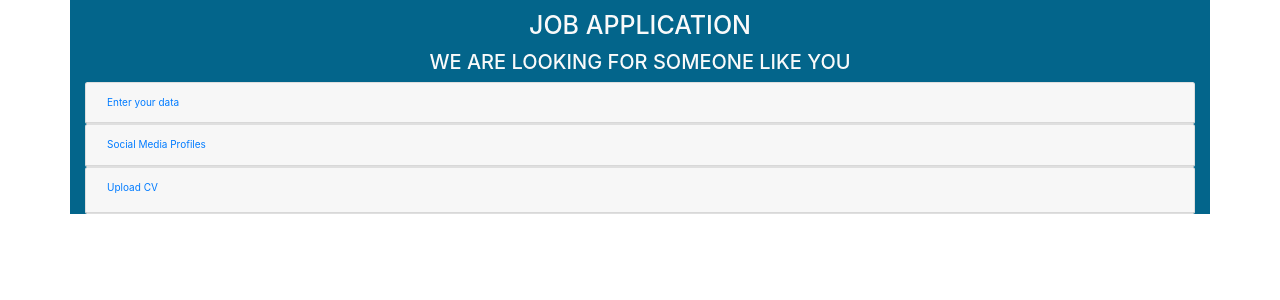
Repository: jenny241093/JS-Core
Page: 03.JSApplications/06.JSForFrontEndEx/skeleton/index.html
The author's editor kept a copy of each file at every save. The page is drawn from the files as they stood at one save, then again after the next save.
The browser window is 1280 px wide. The pictures show the whole page.
Some web libraries are served in a nearby version.

Above is the page before, as saved 2019-04-01 15:16:36.

### 03.JSApplications/06.JSForFrontEndEx/skeleton/index.html
<!DOCTYPE html>
<html lang="en">

<head>
    <title>Bootstrap Example</title>
    <meta charset="utf-8">
    <meta name="viewport" content="width=device-width, initial-scale=1">
    <link rel="stylesheet" href="https://maxcdn.bootstrapcdn.com/bootstrap/3.4.0/css/bootstrap.min.css">
    <script src="https://ajax.googleapis.com/ajax/libs/jquery/3.3.1/jquery.min.js"></script>
    <script src="https://maxcdn.bootstrapcdn.com/bootstrap/3.4.0/js/bootstrap.min.js"></script>
</head>

<body>
    <link href="//maxcdn.bootstrapcdn.com/bootstrap/4.0.0/css/bootstrap.min.css" rel="stylesheet" id="bootstrap-css">
    <script src="//maxcdn.bootstrapcdn.com/bootstrap/4.0.0/js/bootstrap.min.js"></script>
    <script src="//cdnjs.cloudflare.com/ajax/libs/jquery/3.2.1/jquery.min.js"></script>
    <!------ Include the above in your HEAD tag ---------->

    <link rel="stylesheet" href="https://use.fontawesome.com/releases/v5.0.8/css/all.css">


    <div class="container" style="background-color:rgb(3, 101, 139)">
        <h1 class="card-title mt-3 text-center" style="color:rgb(249, 250, 250)">JOB APPLICATION</h1>
        <h2 class="card-title mt-3 text-center" style="color:rgb(249, 250, 250)">WE ARE LOOKING FOR SOMEONE LIKE YOU</h2>

        <div class="accordion" id="accordionExample">
            <div class="card">
                <div class="card-header" id="headingOne">
                    <h5 class="mb-0">
                        <button class="btn btn-link collapsed" type="button" data-toggle="collapse" data-target="#collapseOne" aria-expanded="false" aria-controls="collapseOne">
                   Enter your data
                  </button>
                    </h5>
                </div>

                <div id="collapseOne" class="collapse" aria-labelledby="headingOne" data-parent="#accordionExample">
                    <div class="card-body">
                        Anim pariatur cliche reprehenderit, enim eiusmod high life accusamus terry richardson ad squid. 3 wolf moon officia aute, non cupidatat skateboard dolor brunch. Food truck quinoa nesciunt laborum eiusmod. Brunch 3 wolf moon tempor, sunt aliqua put a bird
                        on it squid single-origin coffee nulla assumenda shoreditch et. Nihil anim keffiyeh helvetica, craft beer labore wes anderson cred nesciunt sapiente ea proident. Ad vegan excepteur butcher vice lomo. Leggings occaecat craft beer
                        farm-to-table, raw denim aesthetic synth nesciunt you probably haven't heard of them accusamus labore sustainable VHS.
                    </div>
                </div>
            </div>
            <div class="card">
                <div class="card-header" id="headingTwo">
                    <h5 class="mb-0">
                        <button class="btn btn-link collapsed" type="button" data-toggle="collapse" data-target="#collapseTwo" aria-expanded="false" aria-controls="collapseTwo">
                    Social Media Profiles
                  </button>
                    </h5>
                </div>
                <div id="collapseTwo" class="collapse" aria-labelledby="headingTwo" data-parent="#accordionExample">
                    <div class="card-body">
                        Anim pariatur cliche reprehenderit, enim eiusmod high life accusamus terry richardson ad squid. 3 wolf moon officia aute, non cupidatat skateboard dolor brunch. Food truck quinoa nesciunt laborum eiusmod. Brunch 3 wolf moon tempor, sunt aliqua put a bird
                        on it squid single-origin coffee nulla assumenda shoreditch et. Nihil anim keffiyeh helvetica, craft beer labore wes anderson cred nesciunt sapiente ea proident. Ad vegan excepteur butcher vice lomo. Leggings occaecat craft beer
                        farm-to-table, raw denim aesthetic synth nesciunt you probably haven't heard of them accusamus labore sustainable VHS.
                    </div>
                </div>
            </div>
            <div class="card">
                <div class="card-header" id="headingThree">
                    <h5 class="mb-10">
                        <button class="btn btn-link collapsed" type="button" data-toggle="collapse" data-target="#collapseThree" aria-expanded="false" aria-controls="collapseThree">
                    Upload CV
                  </button>
                    </h5>
                </div>
                <div id="collapseThree" class="collapse" aria-labelledby="headingThree" data-parent="#accordionExample">
                    <div class="card-body">
                        Anim pariatur cliche reprehenderit, enim eiusmod high life accusamus terry richardson ad squid. 3 wolf moon officia aute, non cupidatat skateboard dolor brunch. Food truck quinoa nesciunt laborum eiusmod. Brunch 3 wolf moon tempor, sunt aliqua put a bird
                        on it squid single-origin coffee nulla assumenda shoreditch et. Nihil anim keffiyeh helvetica, craft beer labore wes anderson cred nesciunt sapiente ea proident. Ad vegan excepteur butcher vice lomo. Leggings occaecat craft beer
                        farm-to-table, raw denim aesthetic synth nesciunt you probably haven't heard of them accusamus labore sustainable VHS.
                    </div>
                </div>
            </div>

        </div>
    </div>
    <!--container end.//-->

</body>

</html>

After the next save:
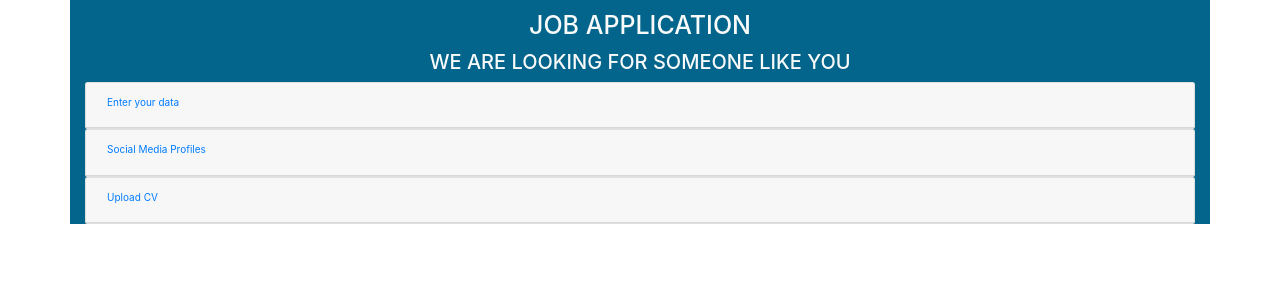
Saved 18 s later.
--- a/03.JSApplications/06.JSForFrontEndEx/skeleton/index.html
+++ b/03.JSApplications/06.JSForFrontEndEx/skeleton/index.html
@@ -26,7 +26,7 @@
         <div class="accordion" id="accordionExample">
             <div class="card">
                 <div class="card-header" id="headingOne">
-                    <h5 class="mb-0">
+                    <h5 class="mb-10">
                         <button class="btn btn-link collapsed" type="button" data-toggle="collapse" data-target="#collapseOne" aria-expanded="false" aria-controls="collapseOne">
                    Enter your data
                   </button>
@@ -43,7 +43,7 @@
             </div>
             <div class="card">
                 <div class="card-header" id="headingTwo">
-                    <h5 class="mb-0">
+                    <h5 class="mb-10">
                         <button class="btn btn-link collapsed" type="button" data-toggle="collapse" data-target="#collapseTwo" aria-expanded="false" aria-controls="collapseTwo">
                     Social Media Profiles
                   </button>
